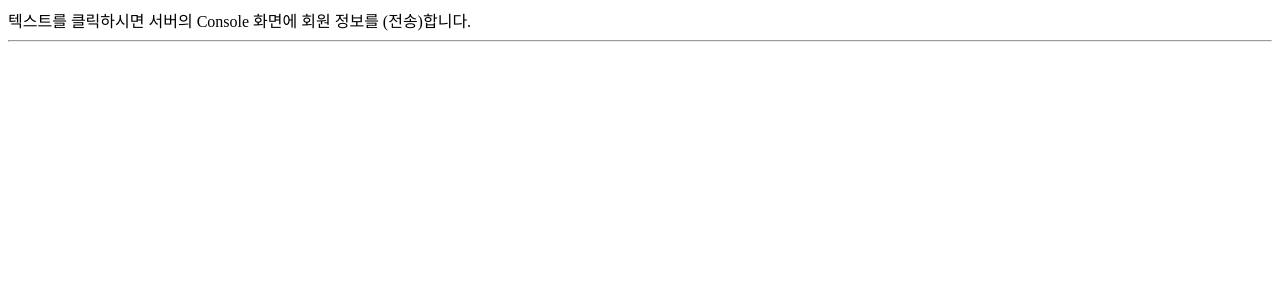
Repository: qkr5318/JSP_STUDY
Page: http://localhost/SIXTH_JSP/study03/json7.jsp
These files come from the project's save history. The page is drawn as it stood at one moment and after the next save; the edit follows.
The browser window is 1280 px wide. The pictures show the whole page.
The page is served by Tomcat 9. Other server files are loaded and not shown.

Above is the page before, as saved 2023-01-06 07:43:15.

### SIXTH_JSP/WebContent/study03/json7.jsp
<%@ page language="java" contentType="text/html; charset=UTF-8"
    pageEncoding="UTF-8"%>
<%@ taglib prefix="c" uri="http://java.sun.com/jsp/jstl/core" %>
<c:set var="contextPath" value="${pageContext.request.contextPath}" />

<!DOCTYPE html>
<html lang="ko">
<meta name="viewport" content="width=device-width, initial-scale=1.0">
<head>
<meta charset="UTF-8">
<title>JSON ajax 테스트</title>
<!-- jQuery는 파일 연계 방식 또는 CDN. 연계 방식으로 활용이 가능하며,
          여기서는 CDN 연계 방식으로 활용합니다. -->
<script  src="http://code.jquery.com/jquery-latest.min.js"></script>

<!--  자바스크립트에서 회원 정보를 JSON 객체로 만들어서
	매개변수 이름 jsonInfo로 ajax를 이용해서 서블릿으로 전송 처리 합니다. -->
<script type="text/javascript">
	$(function() {
		$("#checkJson").click(function() {
			//전송할 회원 정보를 JSON 형식을 만듭니다.
			var _jsonInfo = '{"name":"장나라", "age":"25", "gender":"여성", "nickname":"가수"}';
			$.ajax({
					type: "post",
					async: false,
					url:"${contextPath}/json",
					// 매개변수 이름 jsonInfo로 JSON 데이터를 ajax로 전송 처리 합니다.
					data: {jsonInfo: _jsonInfo},
					success: function() {
					},
					error: function() {
						alert("에러가 발생했습니다.")
					},
					complete: function() {
					}
			});	// end ajax
		});
	});
</script>

</head>
<body>
	<a id="checkJson" style="cursor:pointer">텍스트를 클릭하시면 서버의 Console 화면에 회원 정보를 (전송)합니다.</a>
	<br> <hr>
	<div id="output"></div>
</body>
</html>

After the next save:
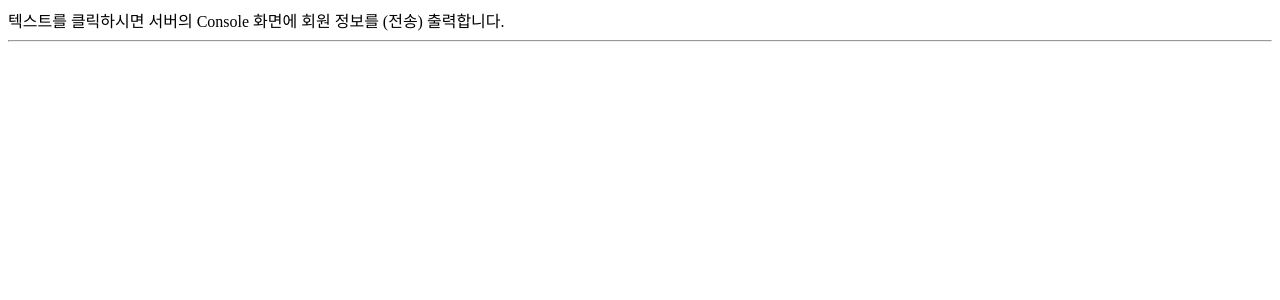
Saved 8 s later.
--- a/SIXTH_JSP/WebContent/study03/json7.jsp
+++ b/SIXTH_JSP/WebContent/study03/json7.jsp
@@ -40,7 +40,7 @@
 
 </head>
 <body>
-	<a id="checkJson" style="cursor:pointer">텍스트를 클릭하시면 서버의 Console 화면에 회원 정보를 (전송)합니다.</a>
+	<a id="checkJson" style="cursor:pointer">텍스트를 클릭하시면 서버의 Console 화면에 회원 정보를 (전송) 출력합니다.</a>
 	<br> <hr>
 	<div id="output"></div>
 </body>
